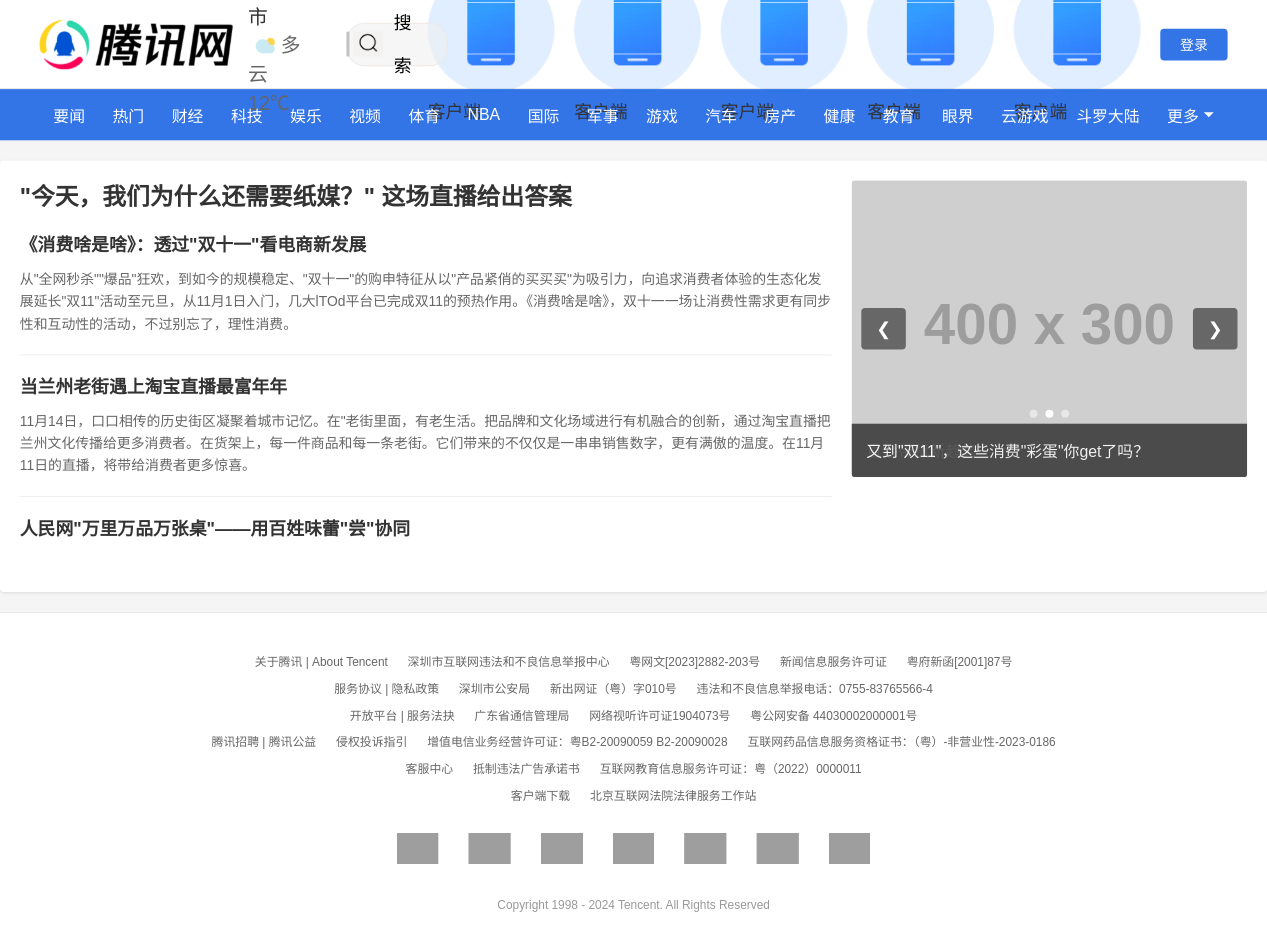
Repository: huang-heavenly-Emperor/xszy_TencentNews
Page: index.html
An editor plug-in stored every save of this project. The page is shown before and after a run of saves, followed by the edit.
The browser window is 1280 px wide. The pictures show the whole page, at 99% of full size.
Pictures or frames that could not be fetched are drawn as grey boxes. The style sheet was rebuilt from its Sass, Less or Tailwind sources for each picture, by a compiler version that may differ from the author's.

Above is the page before, as saved 2024-11-22 18:37:42.

After the next 2 saves:
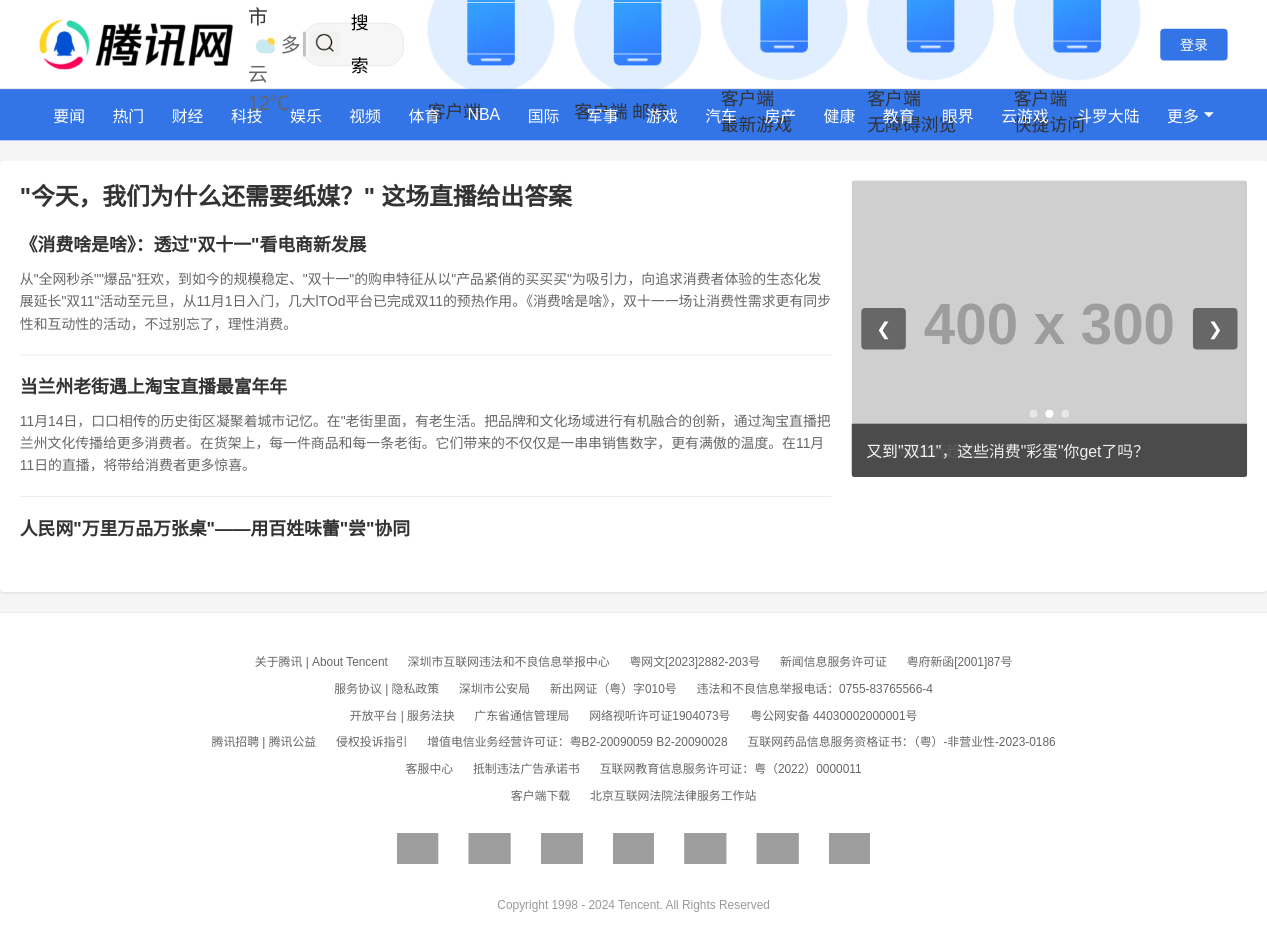
The 2 saves are shown as one change because they came seconds apart.
The last was saved 7 s later.
--- a/index.html
+++ b/index.html
@@ -32,18 +32,22 @@
                     <div class="action-item">
                       <img src="./assets/images/icon_1.webp" alt="">
                       <a href="#" class="nav-item">客户端</a>
+                                          <a href="#" class="nav-item">邮箱</a>
                     </div>
                     <div class="action-item">
                       <img src="./assets/images/icon_1.webp" alt="">
                       <a href="#" class="nav-item">客户端</a>
+                                          <a href="#" class="nav-item">最新游戏</a>
                     </div>
                     <div class="action-item">
                       <img src="./assets/images/icon_1.webp" alt="">
                       <a href="#" class="nav-item">客户端</a>
+                                          <a href="#" class="nav-item">无障碍浏览</a>
                     </div>
                     <div class="action-item">
                       <img src="./assets/images/icon_1.webp" alt="">
                       <a href="#" class="nav-item">客户端</a>
+                                          <a href="#" class="nav-item">快捷访问</a>
                     </div>
 
 
